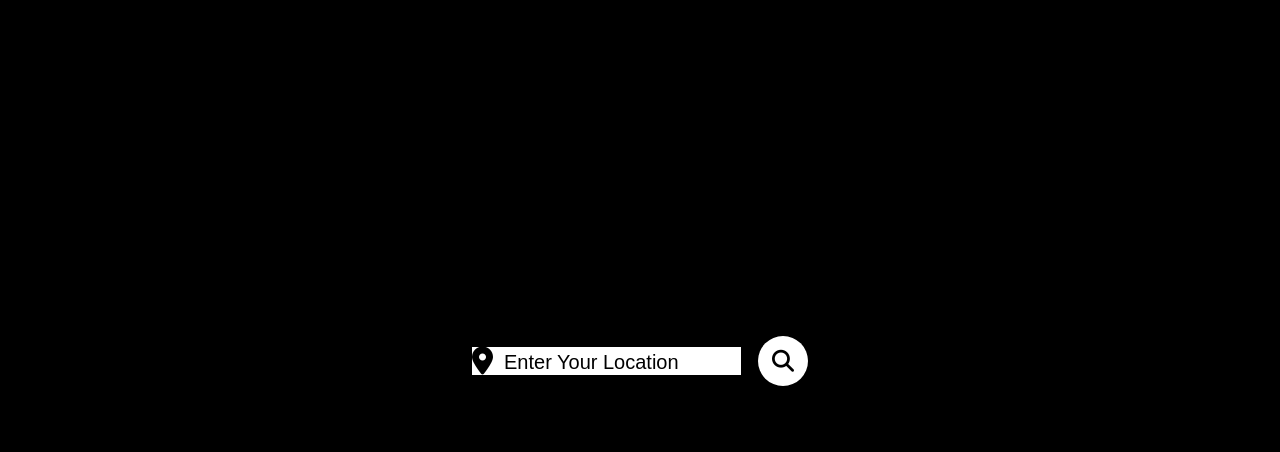
Repository: Pr1s0n3r627/weather
Page: index.html
An editor plug-in stored every save of this project. The page is shown before and after the next save, followed by the edit.
The browser window is 1280 px wide. The pictures show the whole page.
Some web libraries are served in a nearby version.

Above is the page before, as saved 2024-05-19 00:13:17.

### index.html
<!DOCTYPE html>
<html lang="en">

<head>
    <meta charset="UTF-8">
    <meta http-equiv="X-UA-Compatible" content="IE=edge">
    <meta name="viewport" content="width=device-width, initial-scale=1.0">
    <link
        href="https://fonts.googleapis.com/css2?family=Poppins:wght@300;400;500;600;700;800;900&family=Roboto:wght@300;400;500;700;900&display=swap"
        rel="stylesheet">
    <link rel="stylesheet" href="style.css">
    <title>Day #10 - Weather App | AsmrProg</title>
</head>

<body>

    <div class="container">
        <div class="search-box">
            <i class="fa-solid fa-location-dot"></i>
            <input type="text" placeholder="Enter your location">
            <button class="fa-solid fa-magnifying-glass"></button>
        </div>

        <div class="not-found">
            <img src="not-found.png">
            <p>Oops! Invalid location :/</p>
        </div>

        <div class="weather-box">
            <img src="">
            <p class="temperature"></p>
            <p class="description"></p>
        </div>

        <div class="weather-details">
            <div class="humidity">
                <i class="fa-solid fa-water"></i>
                <div class="text">
                    <span></span>
                    <p>Humidity</p>
                </div>
            </div>
            <div class="wind">
                <i class="fa-solid fa-wind"></i>
                <div class="text">
                    <span></span>
                    <p>Wind Speed</p>
                </div>
            </div>
        </div>

    </div>

    <script src="https://kit.fontawesome.com/7c8801c017.js" crossorigin="anonymous"></script>
    <script src="index.js"></script>
</body>

</html>

### style.css
*{
    margin: 0;
    padding: 0;
    border: 0;
    outline: none;
    box-sizing: border-box;
}

body{
    height: 100vh;
    display: flex;
    align-items: center;
    justify-content: center;
    background: #000000;
}

.container{
    position: relative;
    width: 400px;
    height: 105px;
    background: #00000015;
    padding: 28px 32px;
    overflow: hidden;
    border-radius: 18px;
    font-family: 'Roboto', sans-serif;
    transition: 0.6s ease-out;
}

.search-box{
    width: 100%;
    height: min-content;
    display: flex;
    align-items: center;
    justify-content: space-between;
}

.search-box input{
    color: #000000;
    width: 80%;
    font-size: 24px;
    font-weight: 500;
    text-transform: uppercase;
    padding-left: 32px;
}

.search-box input::placeholder{
    font-size: 20px;
    font-weight: 500;
    color: #000000;
    text-transform: capitalize;
}

.search-box button{
    cursor: pointer;
    width: 50px;
    height: 50px;
    color: #000000;
    background: #ffffff;
    border-radius: 50%;
    font-size: 22px;
    transition: 0.4s ease;
}

.search-box button:hover{
    color: #ffffff;
    background: #000000;
}

.search-box i{
    position: absolute;
    color: #000000;
    font-size: 28px;
}

.weather-box{
    text-align: center;
}

.weather-box img{
    width: 60%;
    margin-top: 30px;
}

.weather-box .temperature{
    position: relative;
    color: #000000;
    font-size: 4rem;
    font-weight: 800;
    margin-top: 30px;
    margin-left: -16px;
}

.weather-box .temperature span{
    position: absolute;
    margin-left: 4px;
    font-size: 1.5rem;
}

.weather-box .description{
    color: #000000;
    font-size: 22px;
    font-weight: 500;
    text-transform: capitalize;
}

.weather-details{
    width: 100%;
    display: flex;
    justify-content: space-between;
    margin-top: 30px;
}

.weather-details .humidity, .weather-details .wind{
    display: flex;
    align-items: center;
    width: 50%;
    height: 100px;
}

.weather-details .humidity{
    padding-left: 20px;
    justify-content: flex-start;
}

.weather-details .wind{
    padding-right: 20px;
    justify-content: flex-end;
}

.weather-details i{
    color: #000000;
    font-size: 26px;
    margin-right: 10px;
    margin-top: 6px;
}

.weather-details span{
    color: #000000;
    font-size: 22px;
    font-weight: 500;
}

.weather-details p{
    color: #000000;
    font-size: 14px;
    font-weight: 500;
}

.not-found{
    width: 100%;
    text-align: center;
    margin-top: 50px;
    scale: 0;
    opacity: 0;
    display: none;
}

.not-found img{
    width: 70%;
}

.not-found p{
    color: #000000;
    font-size: 22px;
    font-weight: 500;
    margin-top: 12px;
}

.weather-box, .weather-details{
    scale: 0;
    opacity: 0;
}

.fadeIn{
    animation: 0.1s fadeIn forwards;
    animation-delay: 0.1s;
}

@keyframes fadeIn{
    to {
        scale: 1;
        opacity: 1;
    }
}

### index.js
const container = document.querySelector('.container');
const search = document.querySelector('.search-box button');
const weatherBox = document.querySelector('.weather-box');
const weatherDetails = document.querySelector('.weather-details');
const error404 = document.querySelector('.not-found');

search.addEventListener('click', () => {

    const APIKey = '31178648be1d7e33f1973f3df9c4405a';
    const city = document.querySelector('.search-box input').value;

    if (city === '')
        return;

    fetch(`https://api.openweathermap.org/data/2.5/weather?q=${city}&units=metric&appid=${APIKey}`)
        .then(response => response.json())
        .then(json => {

            if (json.cod === '404') {
                container.style.height = '500px';
                weatherBox.style.display = 'none';
                weatherDetails.style.display = 'none';
                error404.style.display = 'block';
                error404.classList.add('fadeIn');
                return;
            }

            error404.style.display = 'none';
            error404.classList.remove('fadeIn');

            const image = document.querySelector('.weather-box img');
            const temperature = document.querySelector('.weather-box .temperature');
            const description = document.querySelector('.weather-box .description');
            const humidity = document.querySelector('.weather-details .humidity span');
            const wind = document.querySelector('.weather-details .wind span');

            switch (json.weather[0].main) {
                case 'Clear':
                    image.src = 'images/clear.png';
                    break;

                case 'Rain':
                    image.src = 'images/rain.png';
                    break;

                case 'Snow':
                    image.src = 'images/snow.png';
                    break;

                case 'Clouds':
                    image.src = 'images/cloud.png';
                    break;

                case 'Haze':
                    image.src = 'images/mist.png';
                    break;

                default:
                    image.src = '';
            }

            temperature.innerHTML = `${parseInt(json.main.temp)}<span>°C</span>`;
            description.innerHTML = `${json.weather[0].description}`;
            humidity.innerHTML = `${json.main.humidity}%`;
            wind.innerHTML = `${parseInt(json.wind.speed)}Km/h`;

            weatherBox.style.display = '';
            weatherDetails.style.display = '';
            weatherBox.classList.add('fadeIn');
            weatherDetails.classList.add('fadeIn');
            container.style.height = '590px';


        });


});

After the next save:
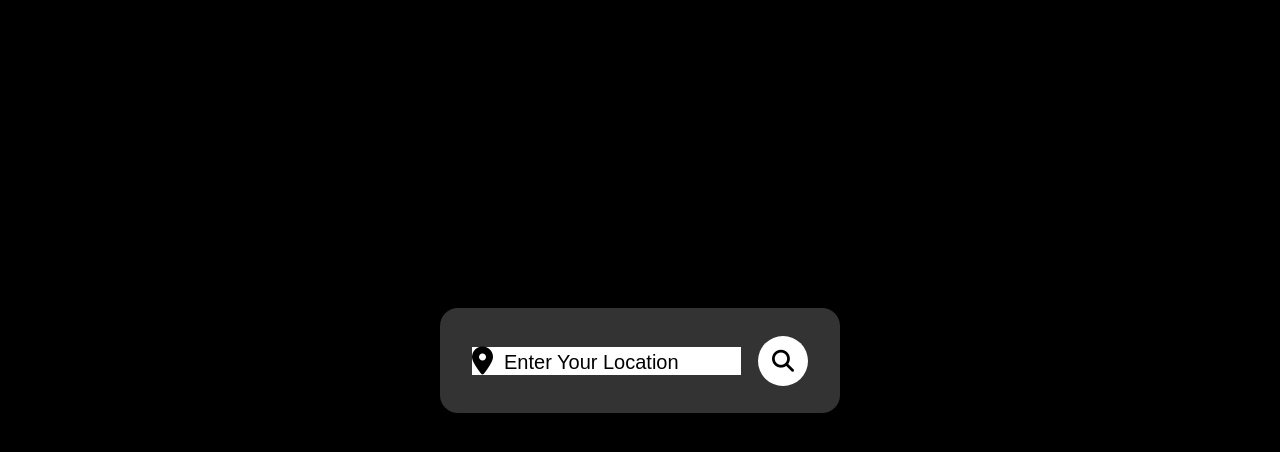
Saved 5 s later.
--- a/style.css
+++ b/style.css
@@ -18,7 +18,7 @@ body{
     position: relative;
     width: 400px;
     height: 105px;
-    background: #00000015;
+    background: #343333;
     padding: 28px 32px;
     overflow: hidden;
     border-radius: 18px;
